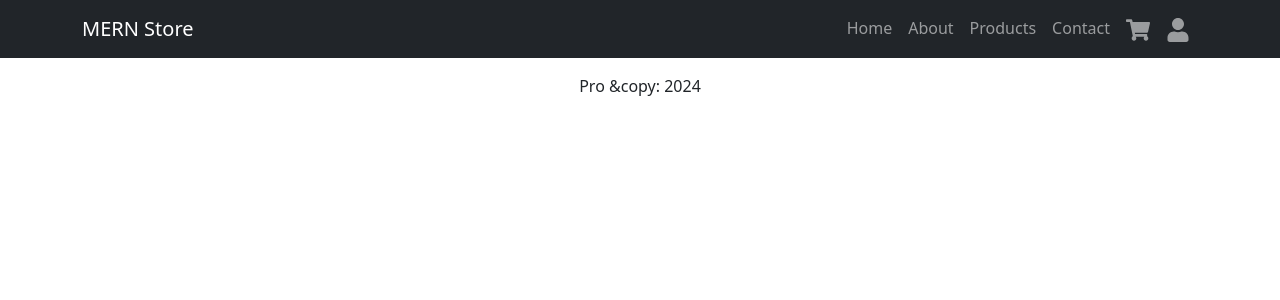
Repository: Attar786/MernStore
Page: / (app in client/)
The author's editor kept a copy of each file at every save. The page is drawn from the files as they stood at one save, then again after the next save.
The browser window is 1280 px wide. The pictures show the whole page.
The project was rebuilt for these pictures with package versions that can differ from the ones it lists, and the page was loaded fresh each time. Also part of the build but not shown: client/vite.config.js, client/src/App.css, client/src/index.css.

Above is the page before, as saved 2024-07-09 16:30:54.

After the next save:
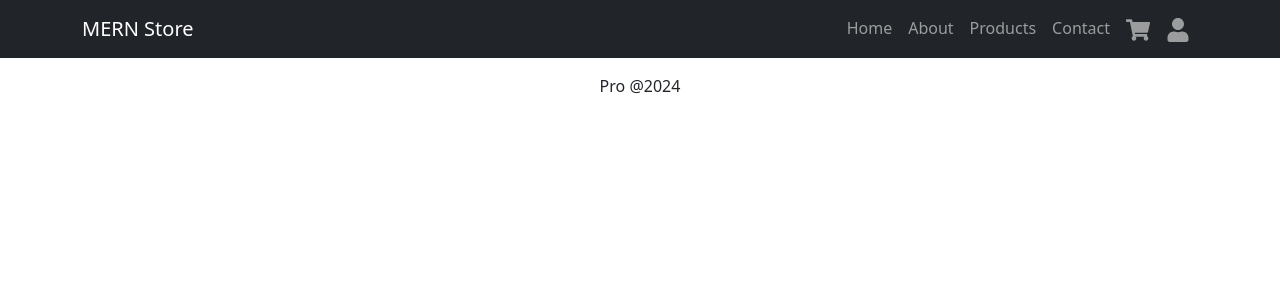
Saved 88 s later.
--- a/client/components/Footer.jsx
+++ b/client/components/Footer.jsx
@@ -8,7 +8,7 @@
 <Container>
   <Row>
     <Col className="text-center py-3">
-      <p>Pro &copy: {CurrentYear}</p>
+      <p>Pro @{CurrentYear}</p>
 
 
     </Col>
